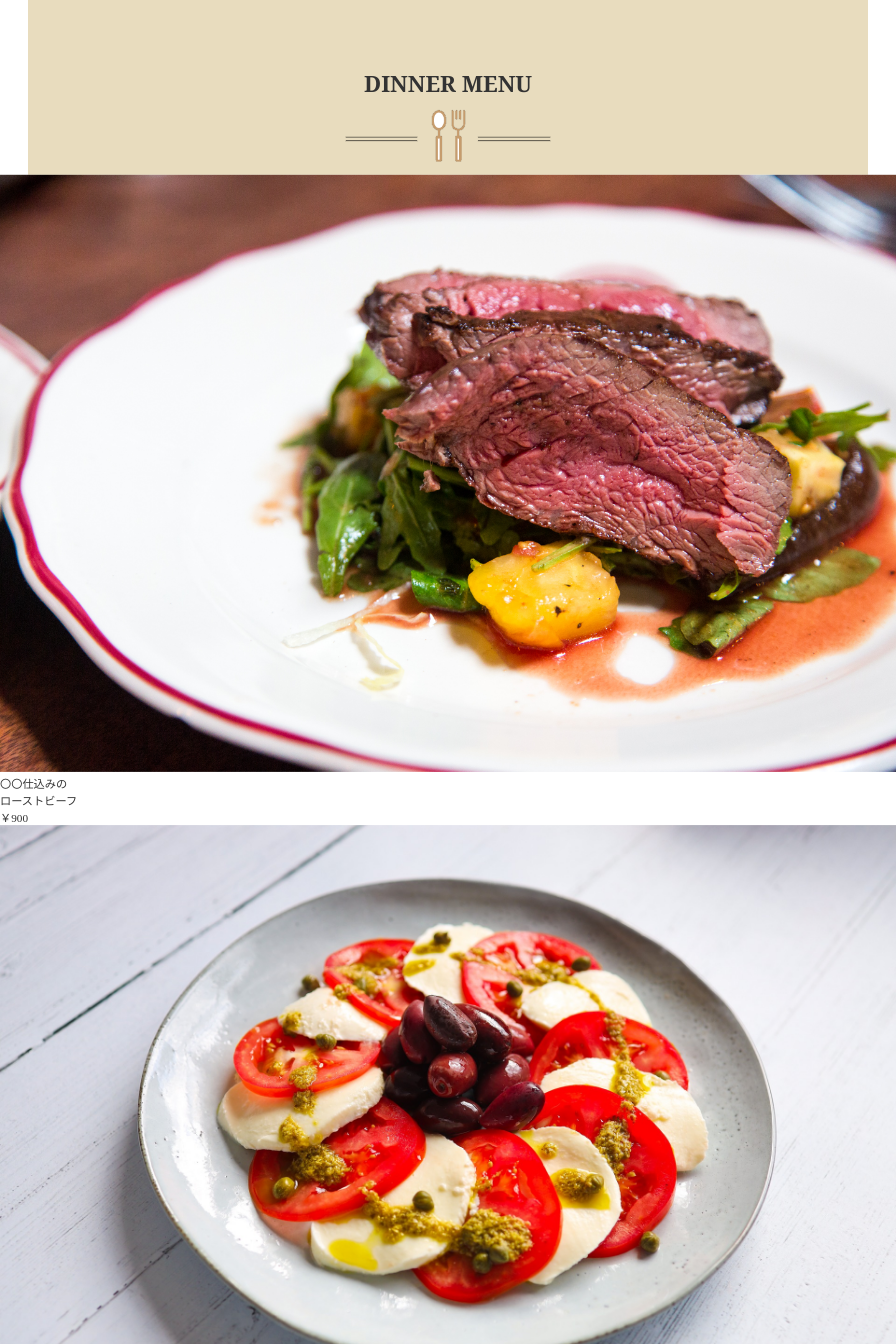
Repository: konatsu-0806/demo-site
Page: FromFigma/index.html
An editor plug-in stored every save of this project. The page is shown before and after a run of saves, followed by the edit.
The browser window is 1280 px wide. The pictures show the part of the page from y = 3394 to 5314 px (the page is 8222 px tall before and 7771 px after), at 70% of full size.

Above is the page before, as saved 2023-02-13 17:10:53.

After the next 2 saves:
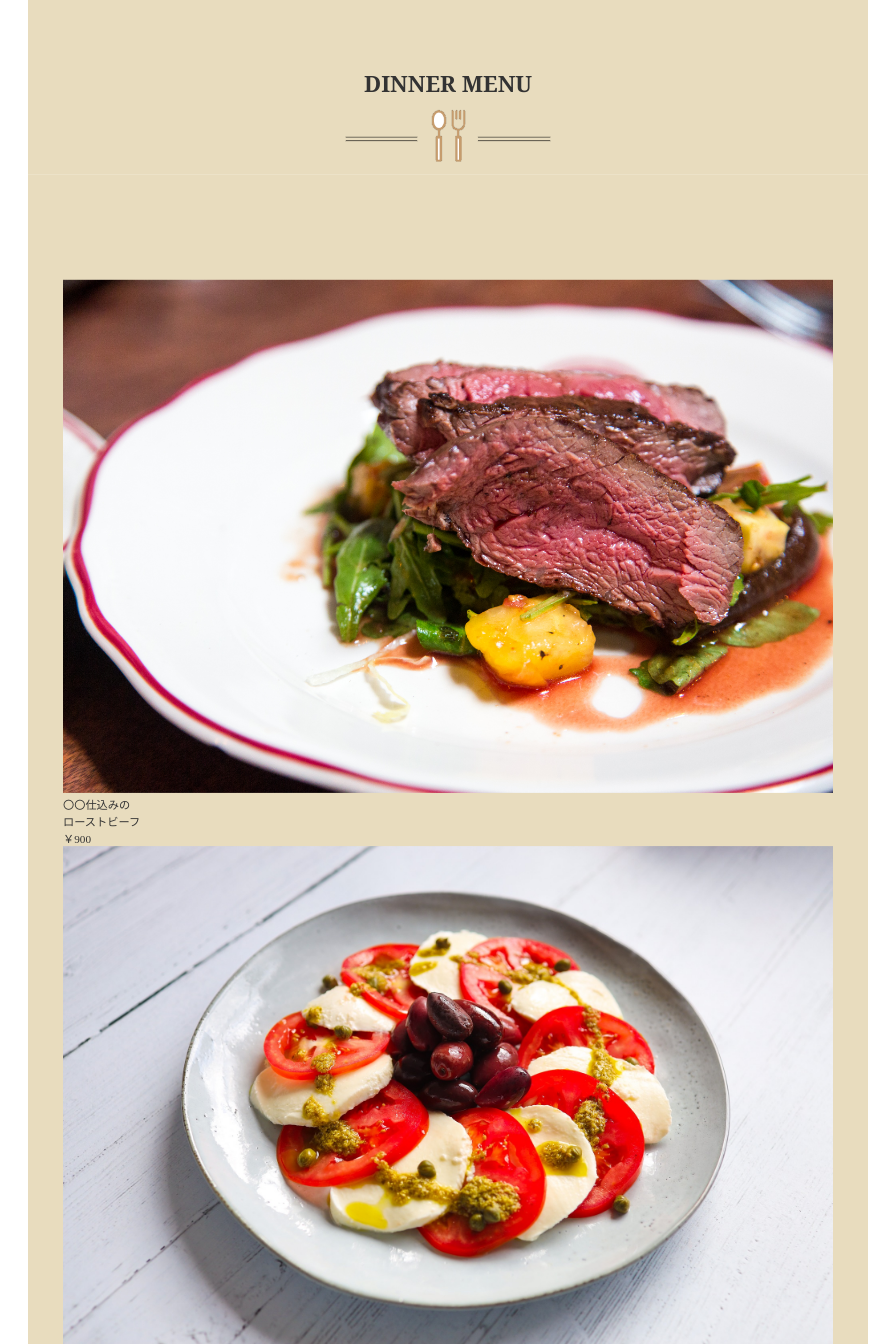
The 2 saves are shown as one change because they came seconds apart.
The last was saved 11 s later.
--- a/FromFigma/css/style.css
+++ b/FromFigma/css/style.css
@@ -383,7 +383,7 @@ img {
 }
 
 /* dishes */
-.dinner_menu {
+.dishes {
     width: 100%;
     max-width: 1200px;
     margin: auto;
